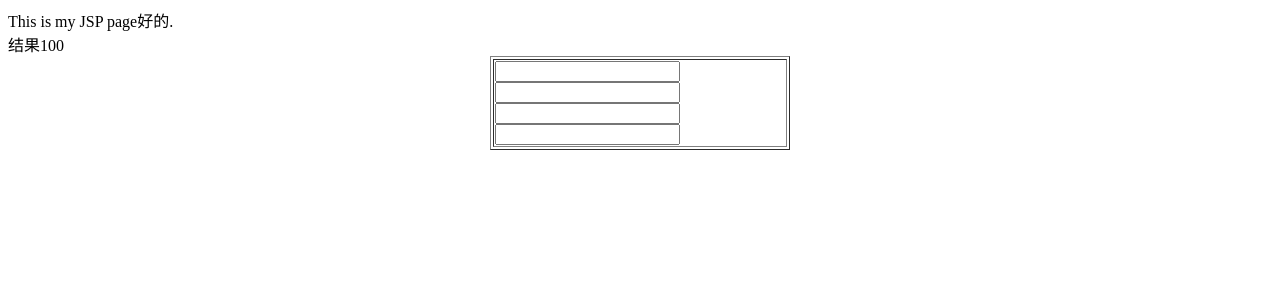
Repository: wikelgc/JSP
Page: http://localhost/chapter_four/messageBoard.jsp
An editor plug-in stored every save of this project. The page is shown before and after the next save, followed by the edit.
The browser window is 1280 px wide. The pictures show the whole page.
The page is served by Tomcat 9.

Above is the page before, as saved 2015-05-28 13:11:17.

After the next save:
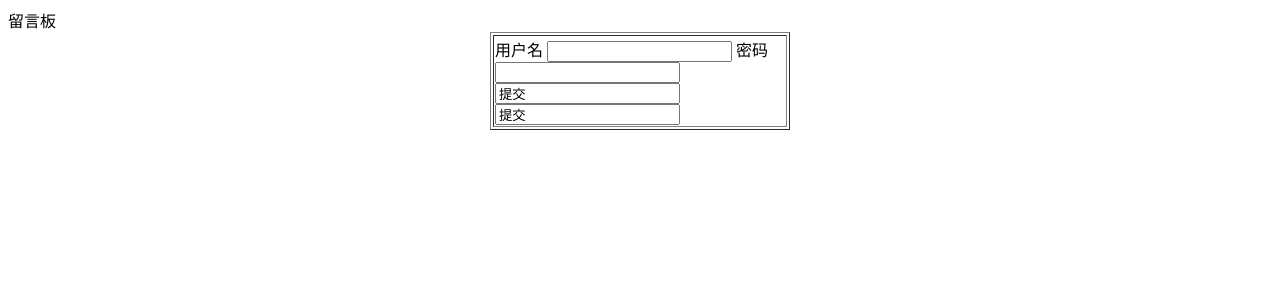
Saved 6 min 9 s later.
--- a/chapter_four/WebRoot/messageBoard.jsp
+++ b/chapter_four/WebRoot/messageBoard.jsp
@@ -1,44 +1,24 @@
 <%@ page language="java" import="java.util.*" pageEncoding="utf-8"%>
-<%
-String path = request.getContextPath();
-String basePath = request.getScheme()+"://"+request.getServerName()+":"+request.getServerPort()+path+"/";
-%>
 
 <!DOCTYPE HTML PUBLIC "-//W3C//DTD HTML 4.01 Transitional//EN">
 <html>
   <head>
-    <base href="<%=basePath%>">
-
-    <title>My JSP 'messageBoard.jsp' starting page</title>
-
-	<meta http-equiv="pragma" content="no-cache">
-	<meta http-equiv="cache-control" content="no-cache">
-	<meta http-equiv="expires" content="0">
-	<meta http-equiv="keywords" content="keyword1,keyword2,keyword3">
-	<meta http-equiv="description" content="This is my page">
-	<!--
-	<link rel="stylesheet" type="text/css" href="styles.css">
-	-->
-
+	留言板
   </head>
 
   <body>
-    This is my JSP page好的. <br>
-    <%
-		int a = 100;
-		int b = 1;
-		out.println("结果"+(a/b));
-     %>
      <center>
      	<form>
-     		<table table border = "1" width = "300">
+     		<table  border = "1" width = "300">
      			<tr height = "30">
      				<td>
      					<form id = "form1" name = form1 method = "post" action = "login_deal.jsp">
-     						<input name = "username" type = "text" id = username "/>
-     						<input name = "pwd" type "password" id = "pwd" >
-     						<input typt = "submit" name = "submit value = "提交"/>
-     						<input typt = "submit" name = "submit value = "提交"/>
+     						用户名
+     						<input name = "username" type = "text"     id = username "/>
+     						密码
+     						<input name = "pwd" 	 type = "password" id = "pwd" >
+     						<input typt = "submit"   name = "submit"   value = "提交"/>
+     						<input typt = "submit"   name = "submit"   value = "提交"/>
      					</form>
      				</td>
      			</tr>
